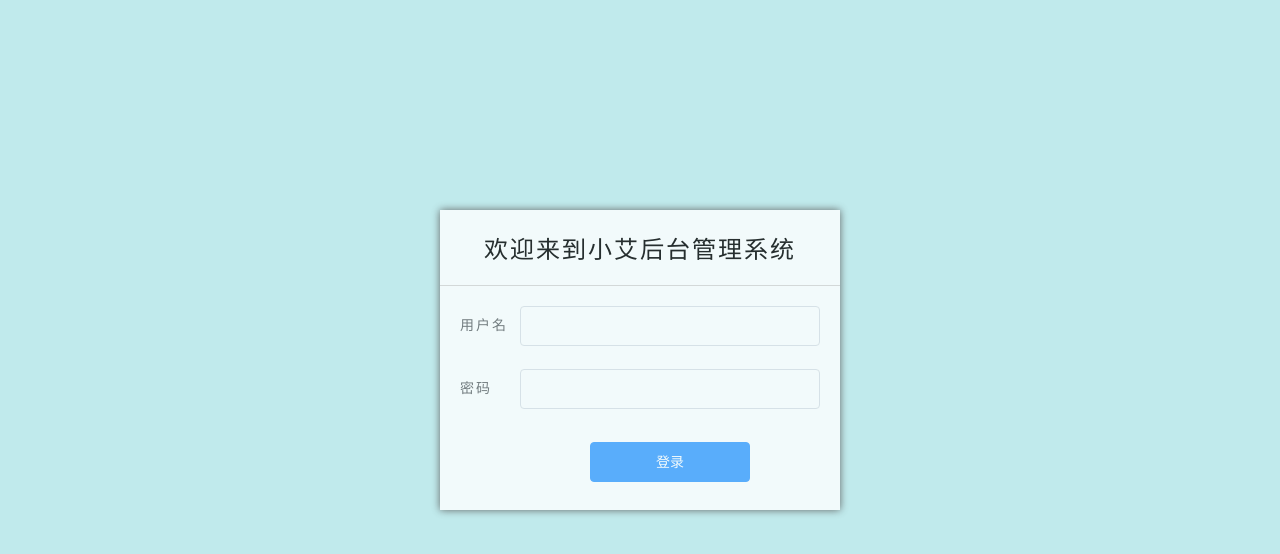
Repository: noob-injoker/router-slots-cw-ee
Page: /Login
The author's editor kept a copy of each file at every save. The page is drawn from the files as they stood at one save, then again after the next save.
The browser window is 1280 px wide. The pictures show the whole page.
The project was rebuilt for these pictures with package versions that can differ from the ones it lists, and the page was loaded fresh each time. Also part of the build but not shown: vue.config.js, src/views/Home.vue, src/views/Layout.vue.

Above is the page before, as saved 2020-08-29 21:26:23.

After the next save:
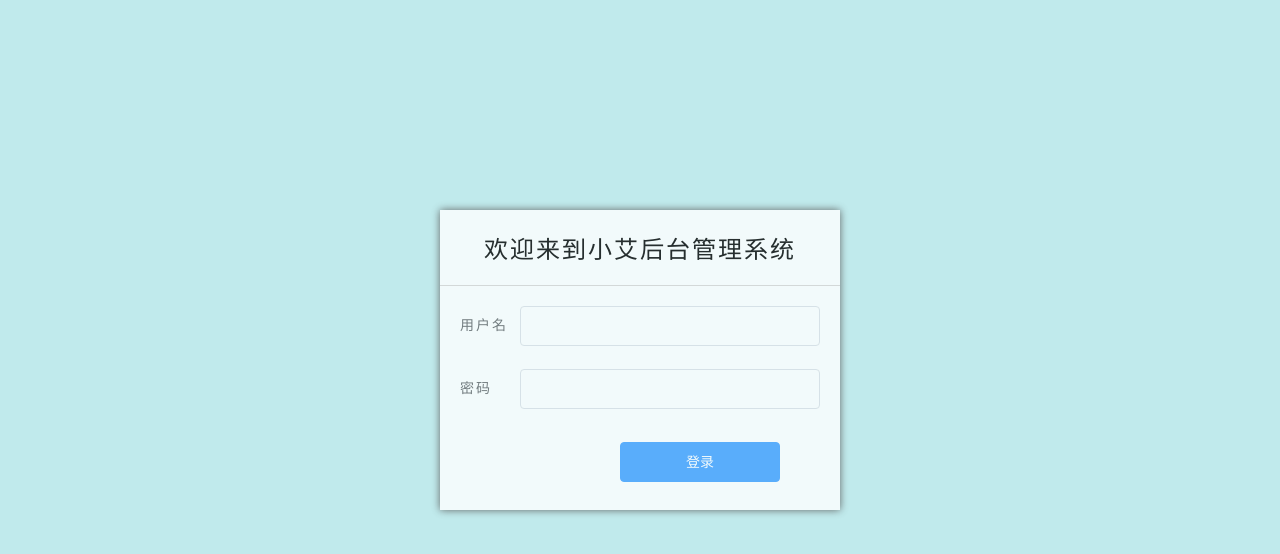
Saved 94 s later.
--- a/src/views/Login.vue
+++ b/src/views/Login.vue
@@ -111,6 +111,7 @@ export default {
 
 <style lang="scss" scoped>
 .button-box{
+  width: 360px;
   margin-top: 10px;
   display: flex;
   justify-content: center;
